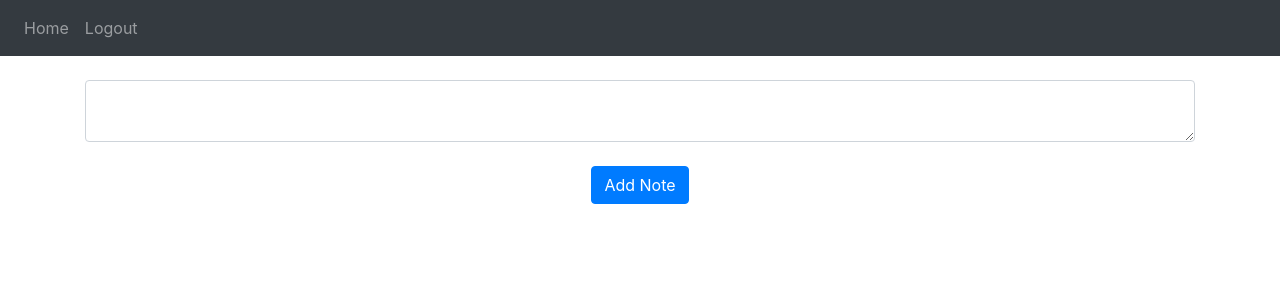
Repository: seafgomaa/userdashboard-flask
Page: http://localhost/
These files come from the project's save history. The page is drawn as it stood at one moment and after a run of saves; the edit follows.
The browser window is 1280 px wide. The pictures show the whole page.
Some web libraries are served in a nearby version. The page is served by the project's application, run on Flask 3 (website/__init__.py). The user the application loads for id 1 is signed in. Other server files are loaded and not shown. The page reads the database file committed with the project.

Above is the page before, as saved 2022-08-20 16:37:57.

### website/templates/home.html
{% extends "base.html" %}
{% block title %}Home{% endblock %}
{% block content %}
    <br>
    <form method="POST">
        <textarea name="note" id="note" class="form-control"></textarea>
        <br>
        <div align="center">
            <button type="center" class="btn btn-primary">Add Note</button>
        </div>
    </form>
{% endblock %}

### website/templates/base.html
<!DOCTYPE html>
<html>

<head>
    <meta charset="utf-8" />
    <meta name="viewport" content="width=device-width, initial-scale=1" />
    <link rel="stylesheet" href="https://stackpath.bootstrapcdn.com/bootstrap/4.4.1/css/bootstrap.min.css"
        integrity="sha384-Vkoo8x4CGsO3+Hhxv8T/Q5PaXtkKtu6ug5TOeNV6gBiFeWPGFN9MuhOf23Q9Ifjh" crossorigin="anonymous" />
    <link rel="stylesheet" href="https://stackpath.bootstrapcdn.com/font-awesome/4.7.0/css/font-awesome.min.css"
        crossorigin="anonymous" />

    <title>{% block title %}Home{% endblock %}</title>
</head>

<body>
    <nav class="navbar navbar-expand-lg navbar-dark bg-dark">
        <button class="navbar-toggler" type="button" data-toggle="collapse" data-target="#navbar">
            <span class="navbar-toggler-icon"></span>
        </button>
        <div class="collapse navbar-collapse" id="navbar">
            <div class="navbar-nav">
                {% if user.is_authenticated %}
                <a class="nav-item nav-link" id="home" href="/">Home</a>
                <a class="nav-item nav-link" id="logout" href="/logout">Logout</a>
                {%else%}
                <a class="nav-item nav-link" id="login" href="/login">Login</a>
                <a class="nav-item nav-link" id="signUp" href="/signup">Sign Up</a>
                {%endif%}
            </div>
        </div>
    </nav>
    {% with messages = get_flashed_messages(with_categories=true) %}
        {% if messages %}
            {% for category, message in messages %}
                {% if category == 'error' %}
                    <div class="alert alert-danger alter-dismissable fade show" role="alert">
                        {{ message }}
                        <button type="button" class="close" data-dismiss="alert">
                            <span aria-hidden="true">&times;</span>
                        </button>
                    </div>
                {% else %}
                    <div class="alert alert-success alter-dismissable fade show" role="alert">
                        {{ message }}
                        <button type="button" class="close" data-dismiss="alert">
                            <span aria-hidden="true">&times;</span>
                        </button>
                    </div>
                {% endif %}
            {% endfor %}
        {% endif %}
    {% endwith %}

    <div class="container">{% block content %} {% endblock %}</div>
    <script src="https://code.jquery.com/jquery-3.2.1.slim.min.js"
        integrity="sha384-KJ3o2DKtIkvYIK3UENzmM7KCkRr/rE9/Qpg6aAZGJwFDMVNA/GpGFF93hXpG5KkN"
        crossorigin="anonymous"></script>
    <script src="https://cdnjs.cloudflare.com/ajax/libs/popper.js/1.12.9/umd/popper.min.js"
        integrity="sha384-ApNbgh9B+Y1QKtv3Rn7W3mgPxhU9K/ScQsAP7hUibX39j7fakFPskvXusvfa0b4Q"
        crossorigin="anonymous"></script>
    <script src="https://maxcdn.bootstrapcdn.com/bootstrap/4.0.0/js/bootstrap.min.js"
        integrity="sha384-JZR6Spejh4U02d8jOt6vLEHfe/JQGiRRSQQxSfFWpi1MquVdAyjUar5+76PVCmYl"
        crossorigin="anonymous"></script>

    <script type="text/javascript" src="{{ url_for('static', filename='index.js') }}"></script>

</body>

</html>

### website/__init__.py
from flask import Flask
from flask_sqlalchemy import SQLAlchemy
from os import path
from flask_login import LoginManager

db = SQLAlchemy()
DB_NAME = 'database.db'


def create_app():
    app = Flask(__name__)
    app.config['SECRET_KEY'] = 'seaf'
    app.config['SQLALCHEMY_DATABASE_URI'] = f'sqlite:///{DB_NAME}'
    db.init_app(app)

    from .views import views
    from .auth import auth
    app.register_blueprint(views, url_prefix='/')
    app.register_blueprint(auth, url_prefix='/')

    from .models import Note, User
    create_database(app)
    login_manager = LoginManager()
    login_manager.login_view = 'auth.login'
    login_manager.init_app(app)

    @login_manager.user_loader
    def load_user(id):
        return User.query.get(int(id))

    return app


def create_database(app):
    if not path.exists('website/'+ DB_NAME):
        db.create_all(app=app)
        print('Database Created!')

### website/views.py
from flask import Blueprint, render_template
from flask_login import login_required, current_user

views = Blueprint('views', __name__)


@views.route('/')
@login_required
def home():
    return render_template("home.html" , user=current_user)

### website/database.db (the tables this page reads, as SQL)
CREATE TABLE user (
	id INTEGER NOT NULL, 
	name VARCHAR(150), 
	email VARCHAR(150), 
	password VARCHAR(150), 
	PRIMARY KEY (id)
);
INSERT INTO "user" VALUES
(1, 'seaf', 'seaf1993@hotmail.com', 'sha256$1Wiy5gmdxwbMlFy6$6263df5bc47d8700acab61f0726859d1b1a8714b52b6a2e8016fba96eb0c67e0');

Loaded but not shown: website/static/index.js (no copy from this time; the picture is the same without it)

After the next 4 saves:
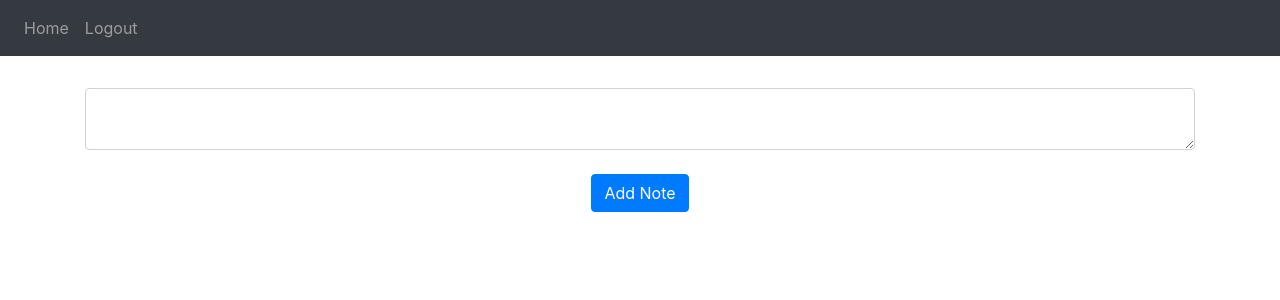
The 4 saves are shown as one change because they came seconds apart.
The last was saved 14 min 31 s later.
--- a/website/templates/home.html
+++ b/website/templates/home.html
@@ -1,6 +1,7 @@
 {% extends "base.html" %}
 {% block title %}Home{% endblock %}
 {% block content %}
+<h1 ali></h1>
     <br>
     <form method="POST">
         <textarea name="note" id="note" class="form-control"></textarea>
